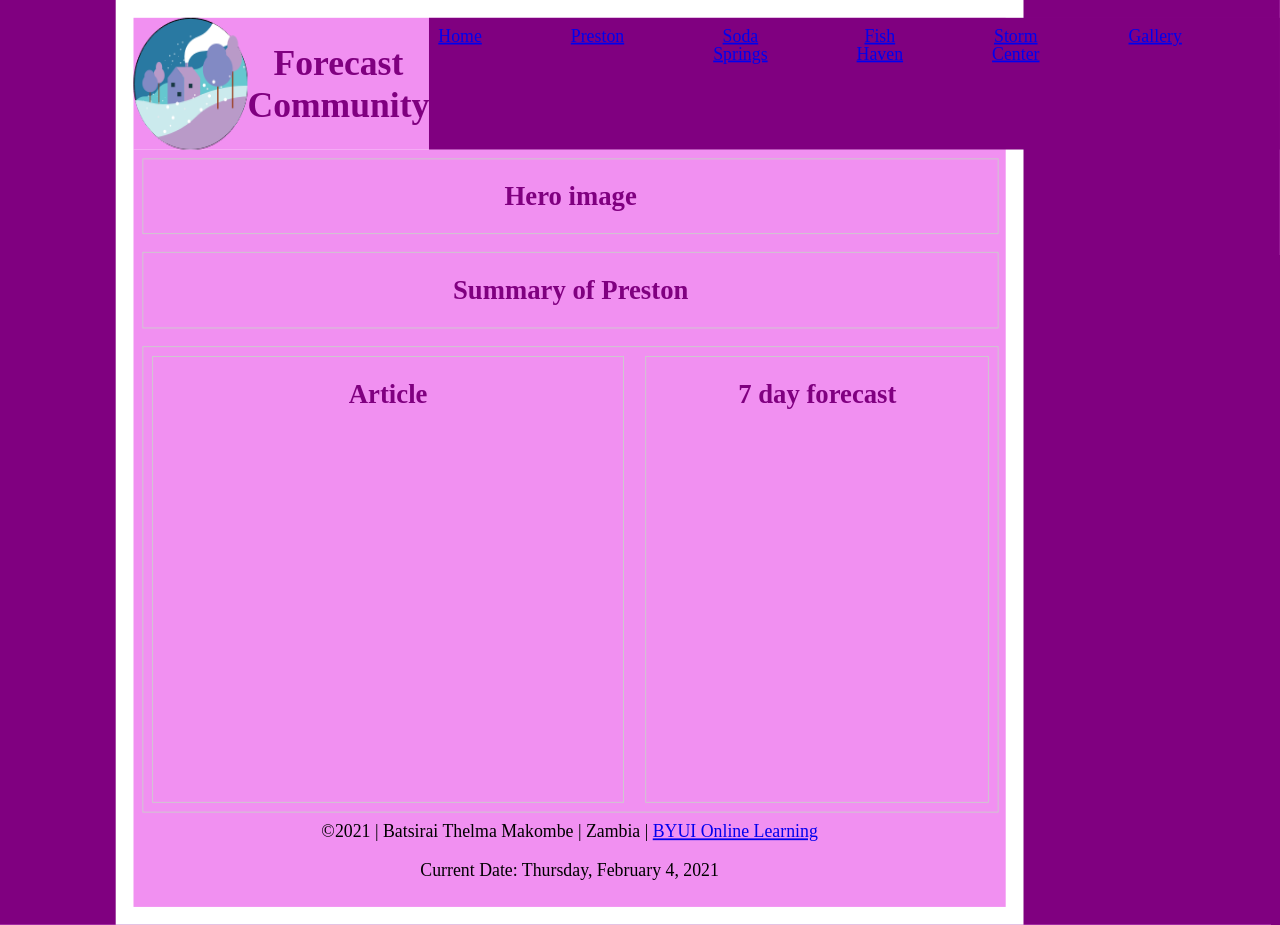
Repository: Makombe93/makombe93.github.io
Page: lesson4/preston-4.html
These files come from the project's save history. The page is drawn as it stood at one moment and after the next save; the edit follows.
The browser window is 1280 px wide. The page is 1438 px wide, so the pictures cover 1438 px, including what lies to the right of the window. The pictures show the whole page, at 89% of full size.

Above is the page before, as saved 2021-02-05 00:47:05.

After the next save:
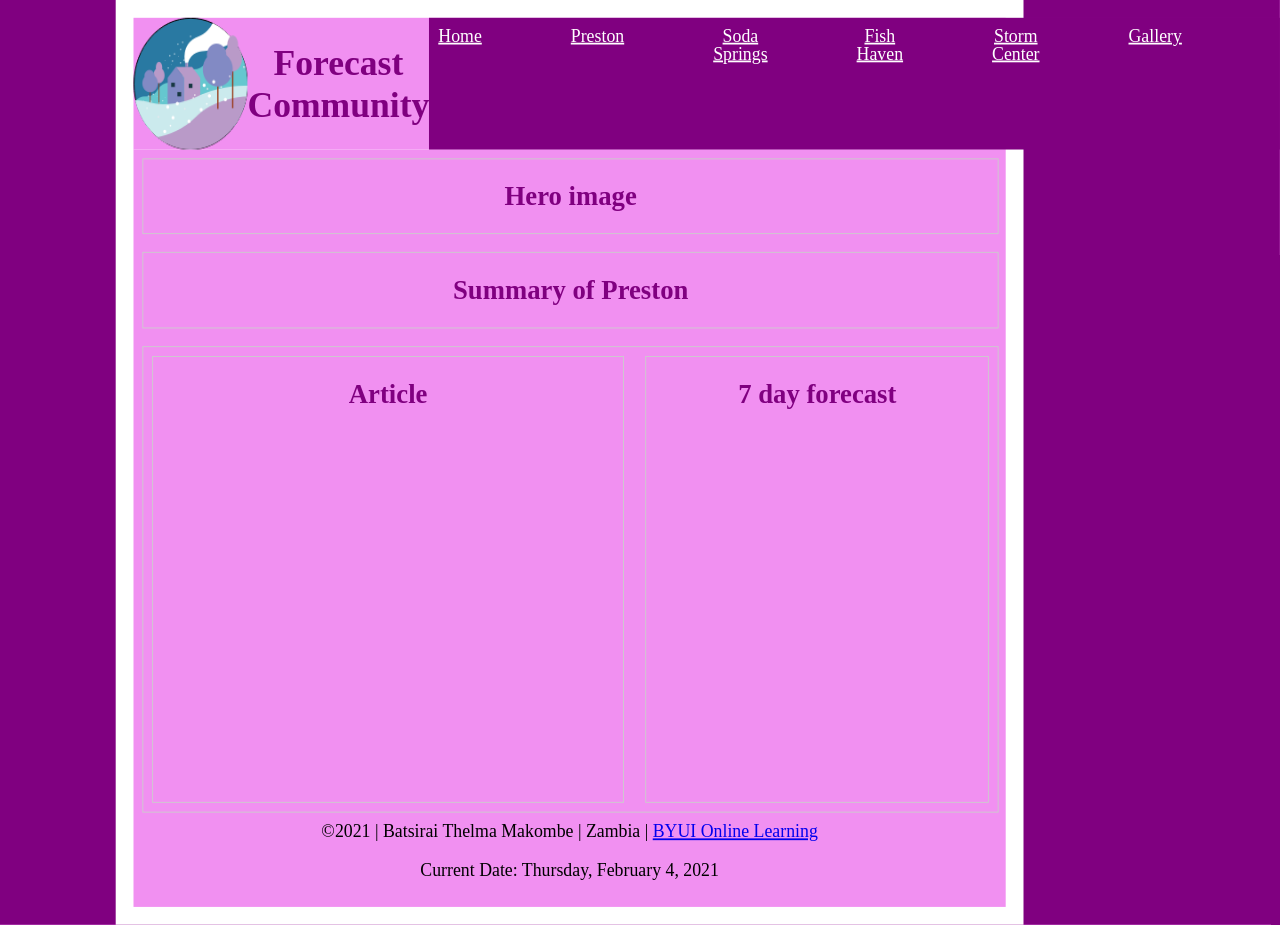
Saved 3 min 43 s later.
--- a/lesson4/css/l4-style.css
+++ b/lesson4/css/l4-style.css
@@ -30,6 +30,10 @@
                             line-height: 1em;
                             text-align: center;
                             font-size: 1em;
+                            color: white;
+                        }
+
+                        nav a {
                             color: white;
                         }
 
